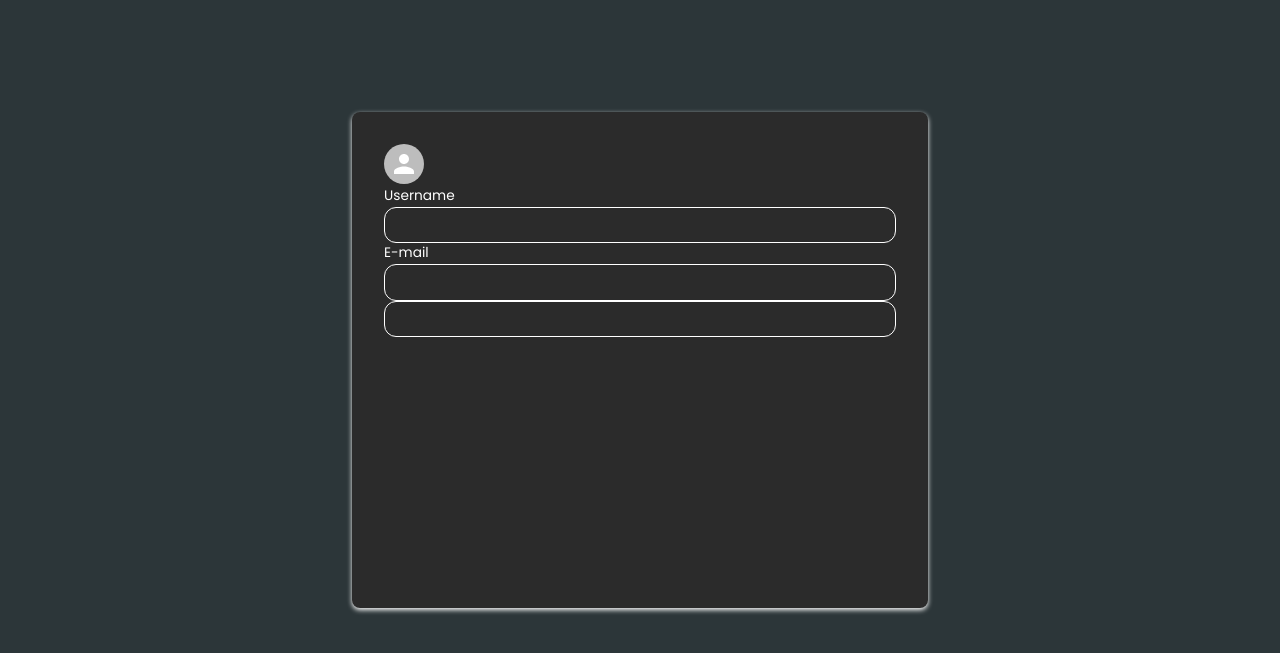
Repository: IzzaSuni/Izza-ToDo
Page: /publicNote/Private/profile
An editor plug-in stored every save of this project. The page is shown before and after the next save, followed by the edit.
The browser window is 1280 px wide. The pictures show the whole page.
The project was rebuilt for these pictures with package versions that can differ from the ones it lists, and the page was loaded fresh each time. Also part of the build but not shown: src/App.css, src/services.js, src/components/List.js, src/components/Filter.js, src/components/ohayo.js, src/utils/Query.js, src/components/navbar.js, src/components/MainPage.js and 4 more.

Above is the page before, as saved 2022-08-20 11:31:48.

### public/index.html
<!DOCTYPE html>
<html lang="en">
  <head>
    <meta charset="utf-8" />
    <link rel="icon" href="%PUBLIC_URL%/AKU.svg" />
    <meta name="viewport" content="width=device-width, initial-scale=1" />
    <meta name="theme-color" content="#000000" />
    <meta name="description" />
    <link rel="apple-touch-icon" href="%PUBLIC_URL%/logo192.png" />
    <!--
      manifest.json provides metadata used when your web app is installed on a
      user's mobile device or desktop. See https://developers.google.com/web/fundamentals/web-app-manifest/
    -->
    <link rel="manifest" href="%PUBLIC_URL%/manifest.json" />
    <!--
      Notice the use of %PUBLIC_URL% in the tags above.
      It will be replaced with the URL of the `public` folder during the build.
      Only files inside the `public` folder can be referenced from the HTML.

      Unlike "/favicon.ico" or "favicon.ico", "%PUBLIC_URL%/favicon.ico" will
      work correctly both with client-side routing and a non-root public URL.
      Learn how to configure a non-root public URL by running `npm run build`.
    -->
    <title>My Notes</title>
  </head>
  <body>
    <noscript>You need to enable JavaScript to run this app.</noscript>
    <div id="root"></div>
    <!--
      This HTML file is a template.
      If you open it directly in the browser, you will see an empty page.

      You can add webfonts, meta tags, or analytics to this file.
      The build step will place the bundled scripts into the <body> tag.

      To begin the development, run `npm start` or `yarn start`.
      To create a production bundle, use `npm run build` or `yarn build`.
    -->
  </body>
</html>

### src/index.js
import React from "react";
import ReactDOM from "react-dom/client";
import "./index.css";
import App from "./App";
import reportWebVitals from "./reportWebVitals";
import { ThemeProvider } from "@mui/material";
import Theme from "./utils/Theme";
const root = ReactDOM.createRoot(document.getElementById("root"));
root.render(
  <ThemeProvider theme={Theme}>
    <React.StrictMode>
      <App />
    </React.StrictMode>
  </ThemeProvider>
);

// If you want to start measuring performance in your app, pass a function
// to log results (for example: reportWebVitals(console.log))
// or send to an analytics endpoint. Learn more: https://bit.ly/CRA-vitals
reportWebVitals();

### src/index.css
@import url("https://fonts.googleapis.com/css2?family=Poppins:ital,wght@0,100;0,200;0,300;0,400;0,500;0,600;0,700;0,800;0,900;1,100;1,200;1,300;1,400;1,500;1,600;1,700;1,800;1,900&display=swap");
body {
  margin: 0;
  font-family: "Poppins", -apple-system, BlinkMacSystemFont, "Segoe UI",
    "Roboto", "Oxygen", "Ubuntu", "Cantarell", "Fira Sans", "Droid Sans",
    "Helvetica Neue", sans-serif;
  -webkit-font-smoothing: antialiased;
  -moz-osx-font-smoothing: grayscale;
  font-smooth: antialiased;
  box-sizing: border-box;
  background-color: #2c3639;
}
button[type="button"] {
  font-size: 10px;
}
svg {
  font-size: 16px !important;
}
code {
  font-family: source-code-pro, Menlo, Monaco, Consolas, "Courier New",
    monospace;
}
#cok:focus-within {
  box-shadow: 0px 1px 0px rgba(0, 0, 0, 0.555);
  transition: all 0.2s;
}
#cok,
#edit {
  box-shadow: 0px;
  transition: all 0.6s;
}
input {
  color: white !important;
  font-family: poppins;
}
textarea {
  color: white !important;
  font-family: poppins;
}
input:-webkit-autofill,
input:-webkit-autofill:hover,
input:-webkit-autofill:focus,
input:-webkit-autofill:active {
  -webkit-box-shadow: 0 0 0 30px #e7f6f2 inset !important;
  box-shadow: 0 0 0 30px #e7f6f2 inset !important;
}
input:disabled {
  -webkit-text-fill-color: black !important;
}
textarea:disabled {
  -webkit-text-fill-color: black !important;
}
#edit:focus-visible {
  box-shadow: 0px 1px 0px rgba(0, 0, 0, 0.555);
  transition: all 0.2s;
}
input#searchBar {
  padding: 4px 8px;
}

.grid {
  display: grid;
  gap: 10px;
  grid-template-columns: repeat(auto-fill, minmax(120px, 1fr));
  grid-template-rows: masonry;
}

.my-masonry-grid {
  display: -webkit-box; /* Not needed if autoprefixing */
  display: -ms-flexbox; /* Not needed if autoprefixing */
  display: flex;
  width: auto;
}
.my-masonry-grid_column {
  /* padding-left: 5px; gutter size */
  background-clip: padding-box;
}

/* Style your items */
.my-masonry-grid_column > div {
  /* change div to reference your elements you put in <Masonry> */
  margin-bottom: 10px;
}

::-webkit-scrollbar {
  width: 6px;
  height: 2px;
}

::-webkit-scrollbar-track {
  box-shadow: inset 0 0 10px transparent;
  border-radius: 10px;
}

/* Handle */
::-webkit-scrollbar-thumb {
  border: 2px solid rgba(0, 0, 0, 0);
  background-clip: padding-box;
  border-radius: 10px;
  background-color: #303030;
}

.shadow {
  box-shadow: 0px 2px 5px white;
}
.MuiPopover-paper {
  background: #2b2b2b !important;
  box-shadow: 0px 2px 5px white !important;
}

/* responsive=============================================================================== */
#mainContainer {
  display: block;
  height: 100vh;
}
@media (max-width: 900px) {
  #mainForm {
    display: none;
  }
  #ohayoSmall {
    text-align: center;
    position: sticky;
    width: 100vw;
  }
  #ohayoBig {
    display: none;
  }

  #listForm {
    width: 100%;
  }
  #buttonAddNotes {
    position: sticky;
    bottom: 0;
    width: 100vw;
    height: 52px !important;
    text-align: center;
    border-radius: 16px 16px 0 0;
  }
}
@media (min-width: 900px) {
  #buttonAddNotes {
    display: none;
  }
  #mainContainer {
    display: block;
  }
  #ohayoSmall {
    display: none;
  }
}

#loginButton:hover {
  background: transparent !important;
}

### src/App.js
import "./App.css";
import Layout from "./components/Layout";
import MainPage from "./components/MainPage";
import { BrowserRouter as Router, Switch, Route } from "react-router-dom";
import Login from "./components/Login";
import CreateAccount from "./components/CreateAccount";
import MainPageLoged from "./components/MainPageLoged";
import Profile from "./components/Profile";

function App({}) {
  return (
    <div className="App">
      <Router>
        <Switch>
          <Route exact path="/publicNote">
            <Layout>
              <MainPage />
            </Layout>
          </Route>
          <Route path={"/login"}>
            <Layout>
              <Login />
            </Layout>
          </Route>
          <Route path={"/signUp"}>
            <Layout>
              <CreateAccount />
            </Layout>
          </Route>
          <Route exact path={"/publicNote/Private"}>
            <Layout>
              <MainPageLoged />
            </Layout>
          </Route>
          <Route exact path={"/publicNote/Private/profile"}>
            <Layout>
              <Profile />
            </Layout>
          </Route>
          <Route path="*">
            <main style={{ padding: "1rem" }}>
              <p>There's nothing here!</p>
            </main>
          </Route>
        </Switch>
      </Router>
    </div>
  );
}

export default App;

### src/utils/Theme.js
import { green } from "@mui/material/colors";
import { createTheme, ThemeProvider } from "@mui/material/styles";

export const background = "#FCE7E7";
export const Black = "#303030";
export const Green = "#E7F634";
export const Disable = "#97A8A8";

export const Screensize = {
  mobile: 0,
  tablet: 900,
  laptop: 1350,
  desktop: 1700,
};

export const colors = {
  background,
  Black,
  Green,
  Disable,
};
export const theme = createTheme({
  breakpoints: {
    values: {
      mobile: 0,
      tablet: 900,
      laptop: 1350,
      desktop: 1700,
    },
  },
  typography: {
    fontFamily: "Poppins",
    fontSize: 12,
    allVariants: {
      color: "white ",
    },
  },
  components: {
    MuiButton: {
      styleOverrides: {
        root: {
          textTransform: "none",
          fontFamily: "Poppins !important",
        },
      },
    },
  },
});

export default theme;

### src/components/Layout.js
import { Box } from "@mui/material";

const Layout = ({ children }) => {
  return (
    <Box
      height={"100vh"}
      width={`calc("100vw - 32px")`}
      display={"flex"}
      alignItems={"center "}
    >
      {children}
    </Box>
  );
};
export default Layout;

### src/components/Profile.js
import IsLogin from "../utils/isLogin";
import { makeStyles } from "@mui/styles";
import { Avatar, Box, Typography } from "@mui/material";
import Input from "./Input";

const useStyles = makeStyles({
  card: {
    height: "60vh",
    width: "40vw",
    background: "#2B2B2B",
    borderRadius: "8px",
    padding: "32px",
  },
  container: {
    height: "100vh",
    width: "100vw",
    display: "flex",
    justifyContent: "center",
    alignItems: "center",
  },
});

export default function Profile() {
  const { user, signed } = IsLogin();
  const classes = useStyles();
  console.log(user.user);
  return (
    <>
      <Box className={classes.container}>
        <Box className={`${classes.card} shadow`}>
          <Box display="inline-flex">
            <Avatar src={user.picture}></Avatar>
            <Typography sx={{ pl: 2 }} alignSelf={"center"} variant={"h5"}>
              {user.user}
            </Typography>
          </Box>
          <Box>
            <Box pv={2}>
              <Typography>Username</Typography>
              <Input type="email" defVal={user.user} isdisabled={true} />
            </Box>
            <Typography>E-mail</Typography>
            <Input type="email" defVal={user.email} isdisabled />
            <Input type="email" defVal={user.user} isdisabled />
          </Box>
        </Box>
      </Box>
    </>
  );
}

### src/components/Input.js
import { makeStyles } from "@mui/styles";
import {
  Box,
  Button,
  FormControl,
  InputAdornment,
  InputBase,
  InputLabel,
  MenuItem,
  Select,
  TextField,
  Typography,
} from "@mui/material";
//icons
import EditIcon from "@mui/icons-material/Edit";
import DeleteIcon from "@mui/icons-material/Delete";
import ClearIcon from "@mui/icons-material/Clear";
import DoneIcon from "@mui/icons-material/Done";
import { useState } from "react";
import { LoadingButton } from "@mui/lab";

const useStyles = makeStyles({
  paper: {
    height: "100%",
    width: "20%",
    background: "#E7F6F2 !important",
    borderRadius: "16px",
    overflow: "auto",
  },
  paperList: {
    height: "100%",
    width: "80%",
    flexWrap: "wrap",
    background: "#CEE5D0 !important",
    overflow: "auto",
  },
  Button: {
    "&.MuiButton-root": {
      textTransform: "none !important",
      color: "white",
      background: "transparent ",
      borderRadius: "32px",
      border: "1px solid white",
      padding: "4px 16px",
      "&:hover": {
        background: "#693737",
        color: "white ",
      },
      "&:active": {
        background: "#693737",
        color: "white ",
      },
      "& .MuiLoadingButton-loadingIndicator": {
        color: "white !important",
      },
      "&.Mui-disabled": {
        color: "rgba(255, 255, 255, 0.541)",
      },
    },
  },
  TextField: {
    "&:hover fieldset": {
      borderColor: "#100F0F !important",
      color: "white",
    },
    "& label.Mui-focused": {
      color: "white",
    },
    "& fieldset": {
      borderColor: "white !important",
    },
    "&.Mui-focused fieldset": {
      borderColor: "white !important",
    },
    "& .MuiOutlinedInput-root": {
      borderRadius: "12px !important",
      color: "white",
    },
  },
  TextFields: {
    "& .MuiInputBase-input": {
      padding: "0px !important",
      borderBottom: "1px white dashed !important",
      width: "100%",
    },
  },
  login: {
    "&:hover fieldset": {
      borderColor: "white !important",
    },
    "& label.Mui-focused": {
      color: "black",
    },
    "& fieldset": {
      borderColor: "white !important",
    },
    "&.Mui-focused fieldset": {
      borderColor: "white !important",
    },
    "& .MuiOutlinedInput-root": {
      borderRadius: "12px !important",
    },
  },
  form: {
    justifytitle: "space-between",
    width: ` 100% `,
    marginTop: "32px",
  },
  editForm: { width: "100%", display: "flex", padding: "0px 8px" },
  smallBox: {
    height: "10px",
    width: "10px",
    marginRight: "32px",
    borderRadius: "16px",
    paddingLeft: "16px",
    border: "1px dashed black",
  },
  Menu: {
    "&.MuiMenu-list": {
      background: "#2B2B2B",
      borderRadius: "12px",
      padding: "16px",
      width: "250px",
    },
    "& .MuiMenuItem-root": {
      padding: "0px",
    },
  },
});

export default function Input({
  type,
  select,
  hdlChange,
  children,
  defVal,
  hdlEdit,
  onClickBtn,
  color,
  className,
  label,
  placeholder,
  inputType,
  loading,
  maxchar,
  isdisabled,
  icon,
  id,
}) {
  const [anchorEl, setAnchorEl] = useState(null);

  const renderButton = ({ value, type }) => {
    return type === "delete" ? (
      value.isedit ? (
        <>
          <DoneIcon />
        </>
      ) : (
        <>
          <DeleteIcon />
        </>
      )
    ) : value.isedit ? (
      <>
        <ClearIcon sx={{ ml: 1 }} />
      </>
    ) : (
      <>
        <EditIcon sx={{ ml: 1 }} />
      </>
    );
  };

  const classes = useStyles();
  const renderInput = () => {
    switch (type) {
      case "text":
        return (
          <TextField
            size={"small"}
            label={"Title"}
            placeholder="Type the title here"
            className={classes.TextField}
            required
            inputProps={{ maxLength: "20" }}
            sx={{ width: "100%", marginBottom: 3 }}
          />
        );
      case "email":
        return (
          <TextField
            size={"small"}
            defaultValue={defVal}
            label={label}
            placeholder={label}
            className={classes.login}
            type={inputType}
            inputProps={{ maxLength: maxchar }}
            InputProps={icon}
            disabled={isdisabled}
            sx={{
              width: "100%",
              marginBottom: 3,
              "&.MuiFormControl-root": {
                marginBottom: 0,
              },
              "& .Mui-focused": {
                color: "white !important",
              },
              "& .Mui-disabled": {
                WebkitTextFillColor: "rgb(255 255 255 / 40%) !important",
              },

            }}
            onChange={hdlChange}
          />
        );
      case "multiline":
        return (
          <TextField
            label={"Description"}
            size={"medium"}
            placeholder="Type the description here"
            className={classes.TextField}
            multiline
            sx={{ width: "100%", marginBottom: 3, borderRadius: 12 }}
          />
        );
      case "select":
        return (
          <FormControl
            fullWidth
            className={`${classes.TextField} `}
            sx={{
              marginBottom: "24px",
            }}
            id="kontol"
          >
            <InputLabel id="catLabel">Select Category</InputLabel>
            <Select
              id="catuu"
              label="Select Category"
              onChange={hdlChange}
              defaultChecked={false}
              required
              className={`${classes.Menu}`}
            >
              <MenuItem value={"Reminder"} disabled>
                Select a category
              </MenuItem>
              <MenuItem value={"Work"}>Work</MenuItem>
              <MenuItem value={"To do"}>To do</MenuItem>
              <MenuItem value={"Money"}>Money</MenuItem>
              <MenuItem value={"Reminder"}>Reminder</MenuItem>
              <MenuItem value={"Assignment"}>Task</MenuItem>
              <MenuItem value={"Study"}>Study</MenuItem>
            </Select>
          </FormControl>
        );

      case "button":
        return (
          <Button
            disableRipple
            type="submit"
            variant="contained"
            className={classes.Button}
            sx={className}
          >
            {children}
          </Button>
        );
      case "buttonLoading":
        return (
          <LoadingButton
            disableRipple
            type="submit"
            variant="contained"
            loading={loading}
            className={classes.Button}
            sx={className}
            disabled={isdisabled}
            loadingPosition="end"
          >
            {children}
          </LoadingButton>
        );
      case "buttonCustom":
        return (
          <Button
            disableRipple
            type="button"
            onClick={onClickBtn}
            className={`${classes.Button}`}
            id={id}
            style={className}
          >
            {children}
          </Button>
        );

      case "editTitle":
        return (
          <InputBase
            defaultValue={defVal.title}
            onChange={hdlEdit}
            className={classes.TextFields}
            disabled={defVal.isedit === true ? false : true}
            sx={{
              fontSize: "16px !important",
            }}
          />
        );
      case "editDesc":
        return (
          <InputBase
            sx={{
              width: "100%",
              padding: "0px !important",
              mt: 2,
              lineHeight: "18px",
            }}
            defaultValue={defVal.desc}
            onChange={hdlEdit}
            className={classes.TextFields}
            disabled={defVal.isedit === true ? false : true}
            multiline
          />
        );
      case "divider":
        return (
          <Box
            height={"1px"}
            width="100%"
            bgcolor={"#CEE5D0"}
            mx={2}
            variant="middle"
            alignSelf={"center "}
          />
        );
      default:
        break;
    }
  };
  return renderInput();
}

### src/utils/isLogin.js
import jwtDecode from "jwt-decode";
import Cookies from "universal-cookie";


const IsLogin = () => {
  const secret = process.env.REACT_APP_SECRET_TOKEN;
  const cookies = new Cookies();
  const bearer = cookies.get("akikToken");

  const signed = bearer ? jwtDecode(bearer).aud === secret : false;
  const user = bearer
    ? {
        user: jwtDecode(bearer).name,
        email: jwtDecode(bearer).email,
        isVerifiedEmail: jwtDecode(bearer).email_verified,
        userId: jwtDecode(bearer).user_id,
        picture: jwtDecode(bearer).picture,
      }
    : {};

  return { signed, user };
};

export default IsLogin;

Loaded but not shown: src/reportWebVitals.js (common file)

After the next save:
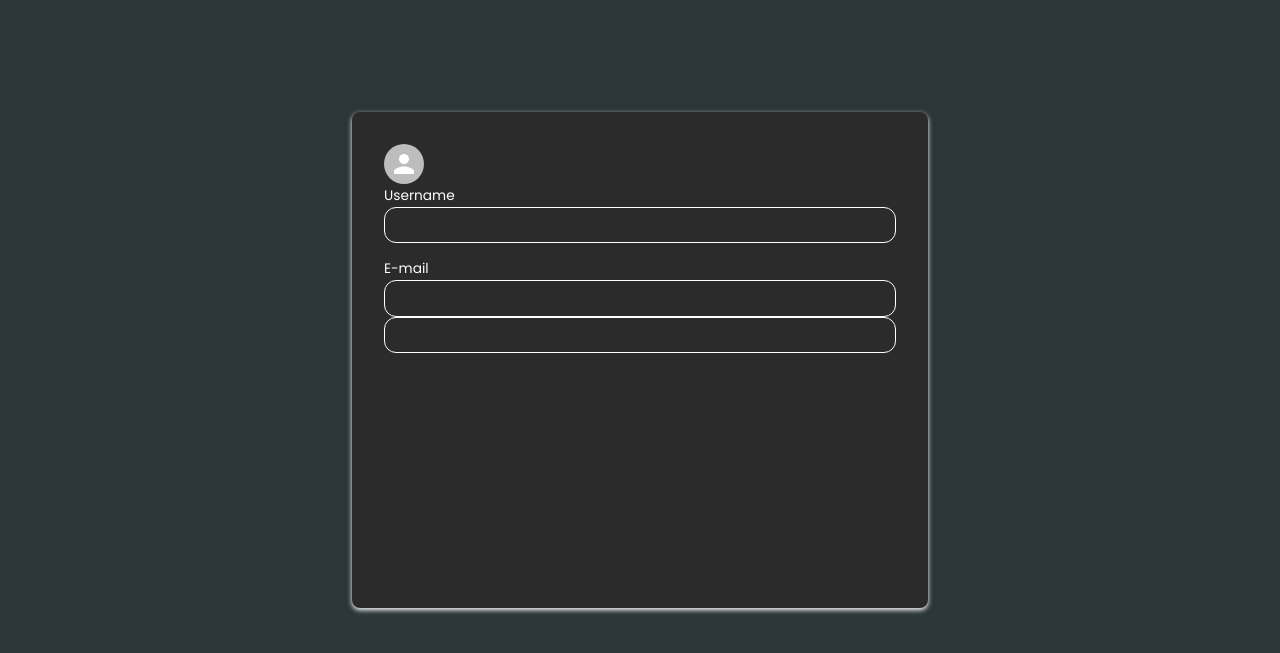
Saved 8 s later.
--- a/src/components/Profile.js
+++ b/src/components/Profile.js
@@ -35,7 +35,7 @@ export default function Profile() {
             </Typography>
           </Box>
           <Box>
-            <Box pv={2}>
+            <Box pb={2}>
               <Typography>Username</Typography>
               <Input type="email" defVal={user.user} isdisabled={true} />
             </Box>
